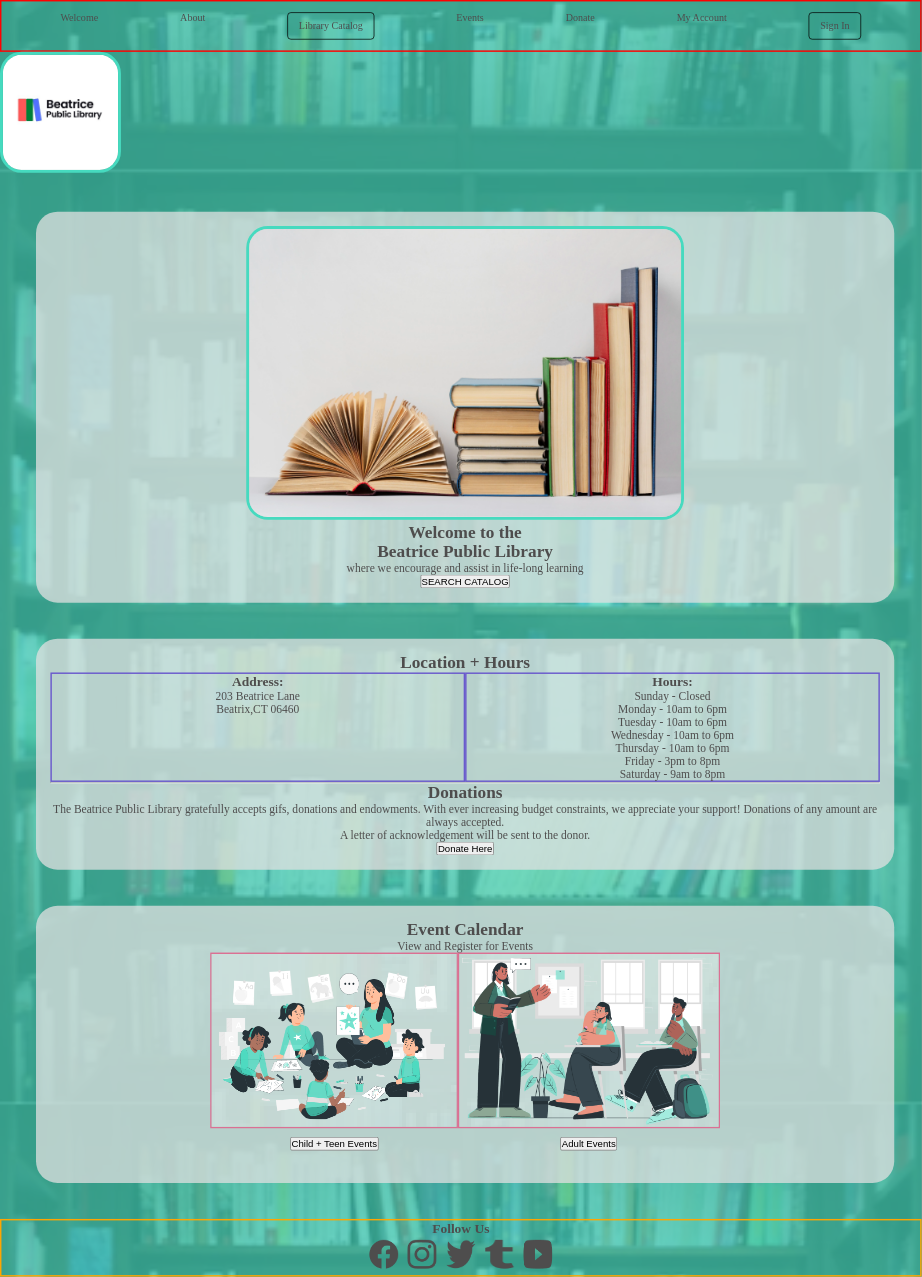
Repository: cokoduwa/RA-Wk5-Library
Page: index.html
The author's editor kept a copy of each file at every save. The page is drawn from the files as they stood at one save, then again after the next save.
The browser window is 1280 px wide. The pictures show the whole page, at 72% of full size.

Above is the page before, as saved 2023-01-20 17:23:43.

After the next save:
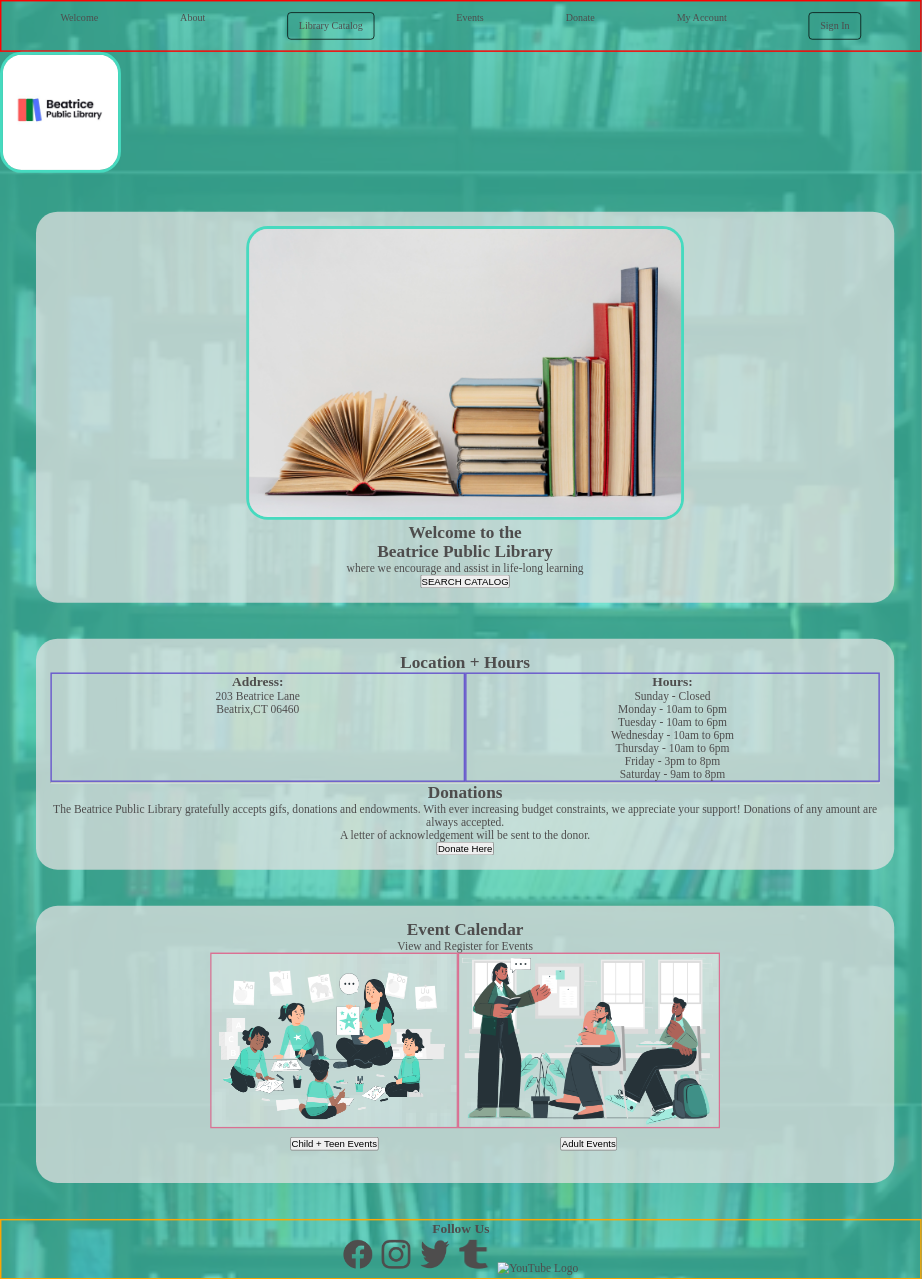
Not found: images/Vector.png
Saved 5 min 38 s later.
--- a/index.html
+++ b/index.html
@@ -103,7 +103,7 @@
                 <img class="social-media-logos" src="images/instagram.png" alt="Instagram Logo">
                 <img class="social-media-logos" src="images/twitter.png" alt="Twitter Logo">
                 <img class="social-media-logos" src="images/tumblr.png" alt="Tumblr Logo">
-                <img class="social-media-logos" src="images/youtube.png" alt="YouTube Logo">
+                <img class="social-media-logos" src="images/Vector.png" alt="YouTube Logo">
             </footer>
         </div> <!-- back color div-->
     </div> <!-- back img div-->

After the save that followed:
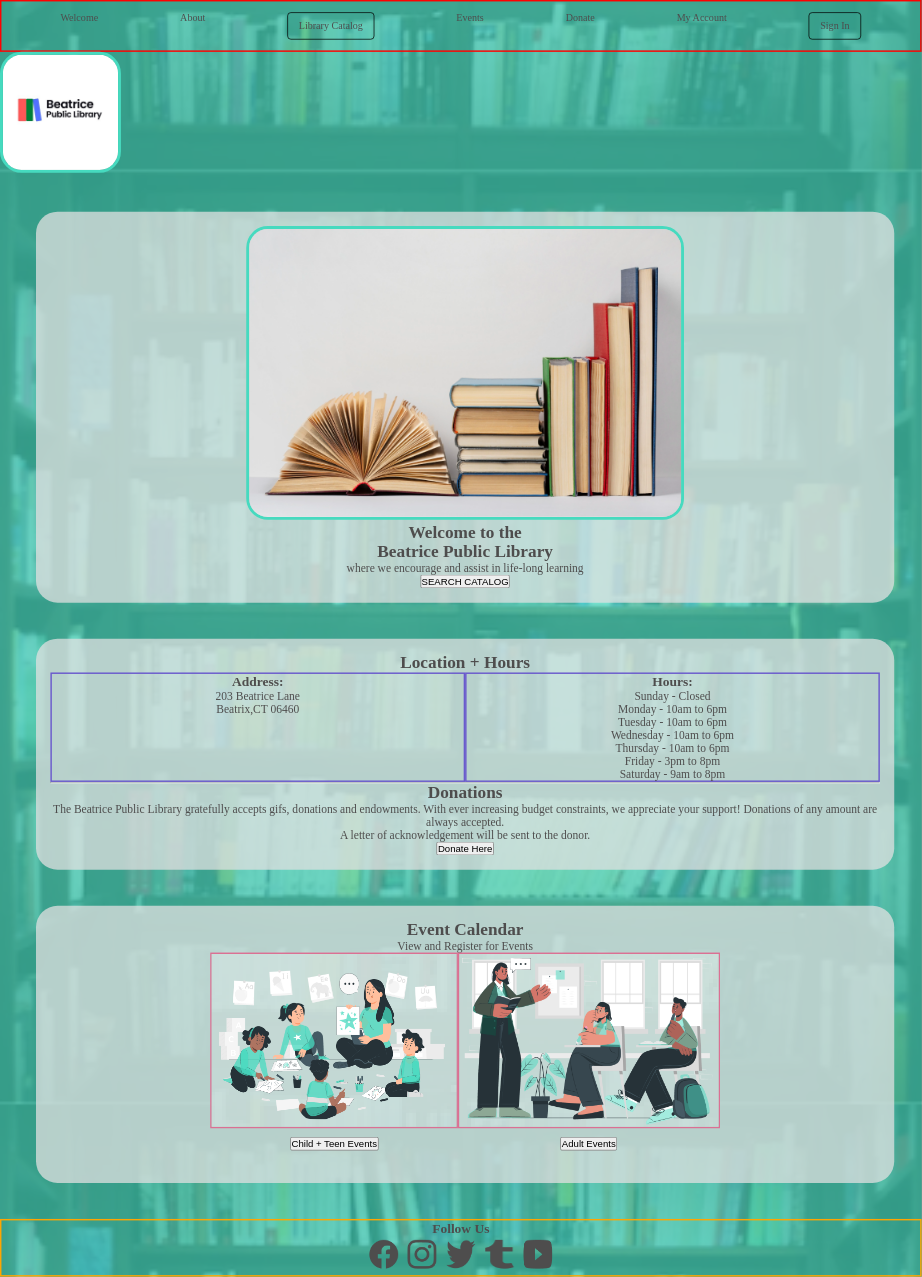
Saved 81 s later.
--- a/index.html
+++ b/index.html
@@ -103,7 +103,7 @@
                 <img class="social-media-logos" src="images/instagram.png" alt="Instagram Logo">
                 <img class="social-media-logos" src="images/twitter.png" alt="Twitter Logo">
                 <img class="social-media-logos" src="images/tumblr.png" alt="Tumblr Logo">
-                <img class="social-media-logos" src="images/Vector.png" alt="YouTube Logo">
+                <img class="social-media-logos" src="images/youtube.png" alt="YouTube Logo">
             </footer>
         </div> <!-- back color div-->
     </div> <!-- back img div-->
